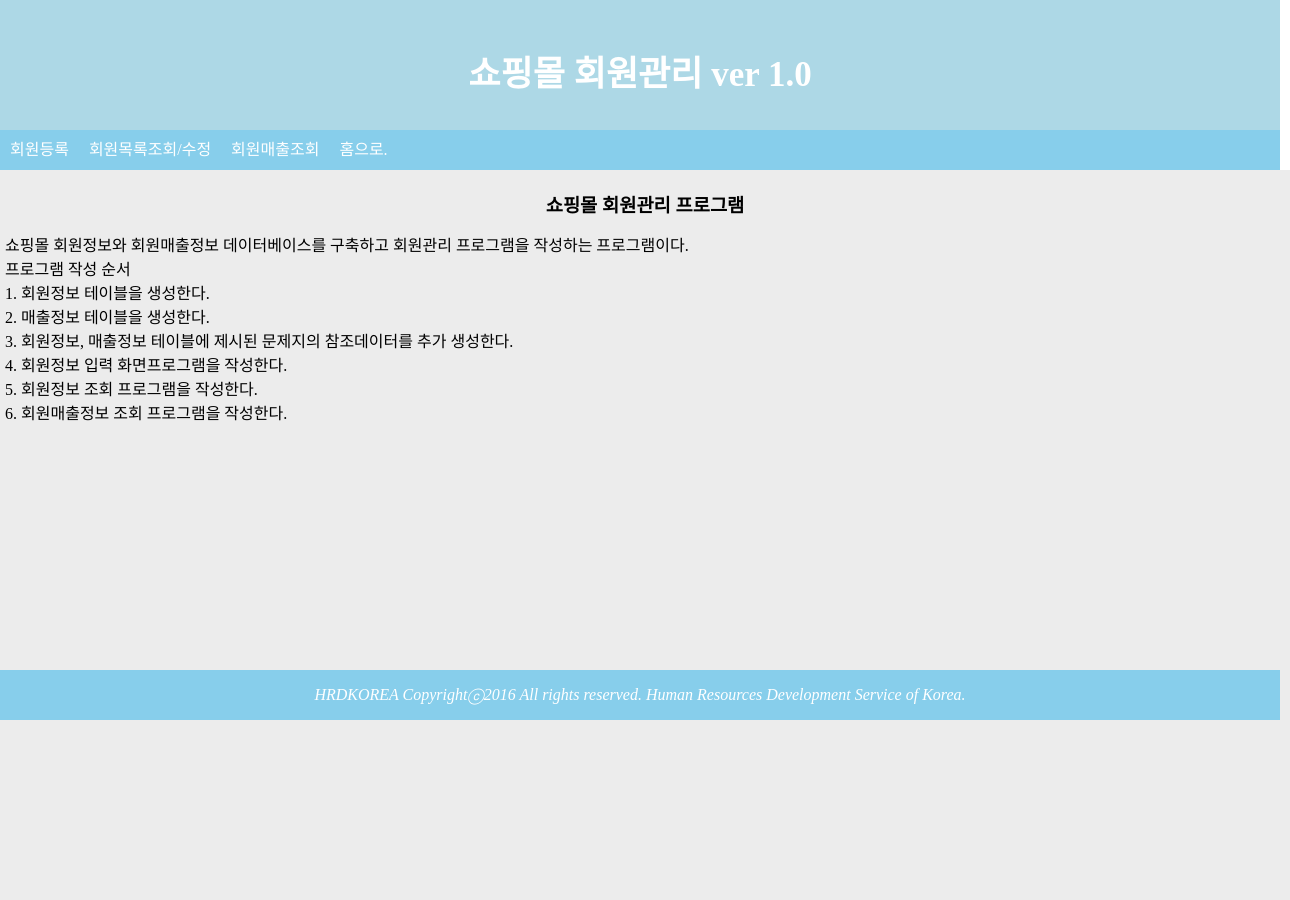
Repository: eunbiro/HRD_1234
Page: http://localhost/HRD_1234/
These files come from the project's save history. The page is drawn as it stood at one moment and after the next save; the edit follows.
The browser window is 1280 px wide. The page is 1290 px wide, so the pictures cover 1290 px, including what lies to the right of the window. The pictures show the whole page.
The page is served by Tomcat 9.

Above is the page before, as saved 2022-12-19 09:11:40.

After the next save:
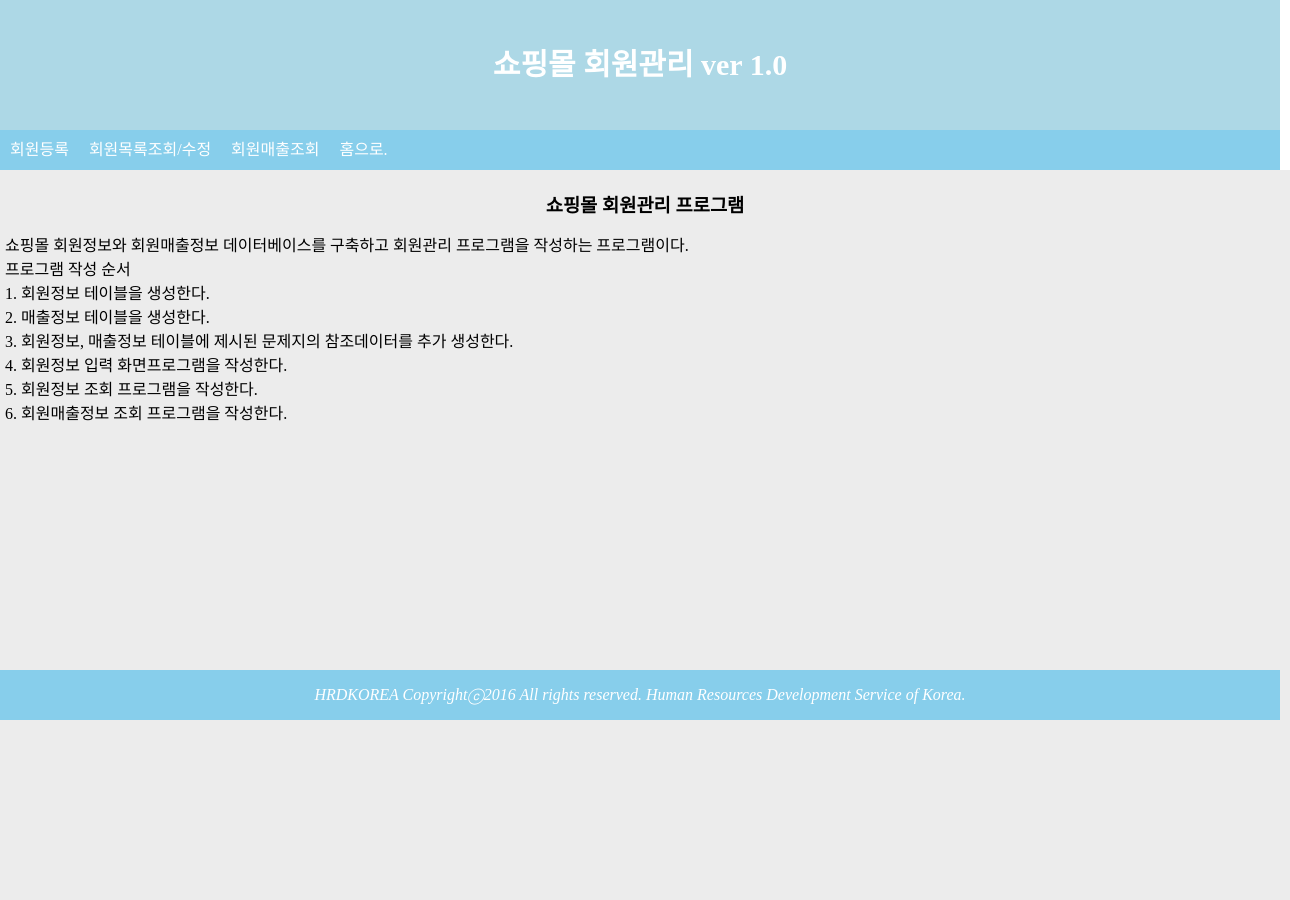
Saved 9 s later.
--- a/HRD_1234/src/main/webapp/style.css
+++ b/HRD_1234/src/main/webapp/style.css
@@ -8,11 +8,11 @@
 header {
 	top: 0;
 	height: 130px;
-	line-height: 150px;
+	line-height: 130px;
 	width: 100%;
 	background: lightblue;
 	text-align: center;
-	font-size: 35px;
+	font-size: 30px;
 	font-weight: 900;
 	color: #fff;
 }
